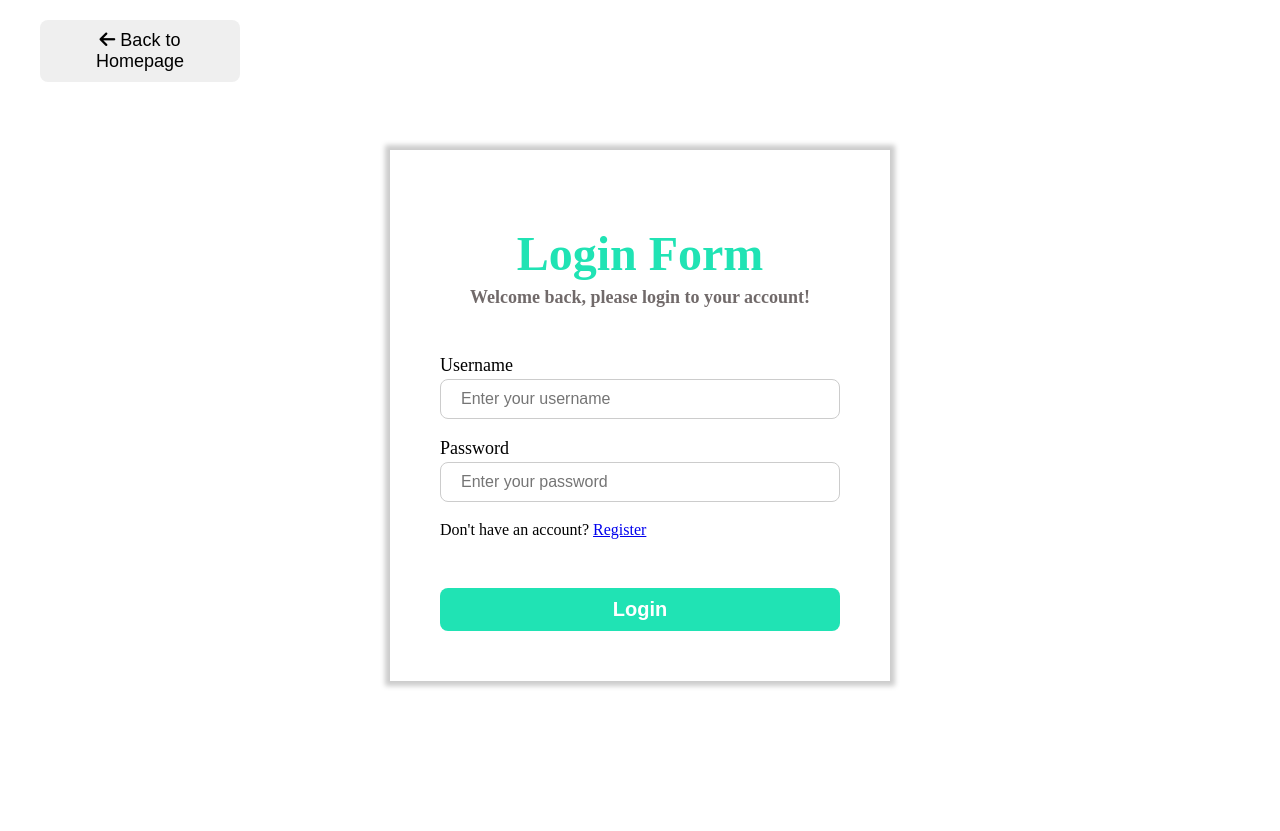
Repository: Trung0810/btl_cnpm_fe
Page: /
These files come from the project's save history. The page is drawn as it stood at one moment and after the next save; the edit follows.
The browser window is 1280 px wide. The pictures show the whole page.
The project was rebuilt for these pictures with package versions that can differ from the ones it lists, and the page was loaded fresh each time. Also part of the build but not shown: src/components/header/header.css, src/components/header/Header.js, src/components/footer/Footer.css, src/components/footer/Footer.js, src/components/shoes_list/ShoesCard.css, src/components/shoes_list/ShoesCard.js, src/components/shoes_list/ShoesList.css, src/components/shoes_list/ShoesList.js and 14 more.

Above is the page before, as saved 2026-03-31 10:16:15.

### public/index.html
<!doctype html>
<html lang="en">
  <head>
    <meta charset="utf-8" />
    <link rel="icon" href="%PUBLIC_URL%/favicon.ico" />
    <meta name="viewport" content="width=device-width, initial-scale=1" />
    <meta name="theme-color" content="#000000" />
    <meta
      name="description"
      content="Web site created using create-react-app"
    />
    <link rel="apple-touch-icon" href="%PUBLIC_URL%/logo192.png" />
    <!--
      manifest.json provides metadata used when your web app is installed on a
      user's mobile device or desktop. See https://developers.google.com/web/fundamentals/web-app-manifest/
    -->
    <link rel="manifest" href="%PUBLIC_URL%/manifest.json" />
    <!--
      Notice the use of %PUBLIC_URL% in the tags above.
      It will be replaced with the URL of the `public` folder during the build.
      Only files inside the `public` folder can be referenced from the HTML.

      Unlike "/favicon.ico" or "favicon.ico", "%PUBLIC_URL%/favicon.ico" will
      work correctly both with client-side routing and a non-root public URL.
      Learn how to configure a non-root public URL by running `npm run build`.
    -->
    <link rel="preconnect" href="https://fonts.googleapis.com" />
    <link rel="preconnect" href="https://fonts.gstatic.com" crossorigin />
    <link
      href="https://fonts.googleapis.com/css2?family=DM+Sans:ital,opsz,wght@0,9..40,100..1000;1,9..40,100..1000&family=Oswald:wght@200..700&display=swap"
      rel="stylesheet"
    />
    <title>React App</title>
  </head>
  <body>
    <noscript>You need to enable JavaScript to run this app.</noscript>
    <div id="root"></div>
    <!--
      This HTML file is a template.
      If you open it directly in the browser, you will see an empty page.

      You can add webfonts, meta tags, or analytics to this file.
      The build step will place the bundled scripts into the <body> tag.

      To begin the development, run `npm start` or `yarn start`.
      To create a production bundle, use `npm run build` or `yarn build`.
    -->
  </body>
</html>

### src/index.js
import React from "react";
import ReactDOM from "react-dom/client";
import App from "./App";
import reportWebVitals from "./reportWebVitals";
import "./index.css";
import "./reset.css";
import "@fortawesome/fontawesome-free/css/all.min.css";

const root = ReactDOM.createRoot(document.getElementById("root"));
root.render(
  <React.StrictMode>
    <App />
  </React.StrictMode>,
);

// If you want to start measuring performance in your app, pass a function
// to log results (for example: reportWebVitals(console.log))
// or send to an analytics endpoint. Learn more: https://bit.ly/CRA-vitals
reportWebVitals();

### src/App.js
import { Fragment } from "react";
import Header from "./components/header/Header";
import Footer from "./components/footer/Footer";
import HomePage from "./components/home_page/HomePage";
import ShoesPage from "./components/shoes_page/ShoesPage";
import LoginForm from "./components/login_form/LoginForm";
import "./App.css";
import LoginPage from "./components/login_page/LoginPage";

function App() {
  return (
    <Fragment>
      {/* <Header></Header>
      <HomePage></HomePage>
      <ShoesPage></ShoesPage>
      <Footer></Footer> */}
      <LoginPage></LoginPage>
    </Fragment>
  );
}

export default App;

### src/index.css
body {
  margin: 0;
  font-family:
    -apple-system, BlinkMacSystemFont, "Segoe UI", "Roboto", "Oxygen", "Ubuntu",
    "Cantarell", "Fira Sans", "Droid Sans", "Helvetica Neue", sans-serif;
  -webkit-font-smoothing: antialiased;
  -moz-osx-font-smoothing: grayscale;
  font-family: "DM Sans", sans-serif;
}
body::-webkit-scrollbar {
  display: none;
}
code {
  font-family:
    source-code-pro, Menlo, Monaco, Consolas, "Courier New", monospace;
}
* {
  box-sizing: border-box;
}

### src/components/login_form/LoginForm.js
import React from "react";
import { useForm } from "react-hook-form";
import { yupResolver } from "@hookform/resolvers/yup";
import * as yup from "yup";
import "./LoginForm.css";

const LoginForm = () => {
  const schema = yup.object({
    username: yup
      .string()
      .required("Please enter your username!")
      .min(8, "Must be at least 8 characters!")
      .max(16, "Must be at most 16 characters!"),
    password: yup.string().required("Please enter your password!"),
  });

  const {
    register,
    handleSubmit,
    formState: { errors, isValid },
  } = useForm({
    mode: "onChange",
    resolver: yupResolver(schema),
  });

  const submit = (values) => {
    console.log(values);
  };

  return (
    <form className="login-form" onSubmit={handleSubmit(submit)}>
      <h2 className="login-form-title">Login Form</h2>
      <h3 className="login-form-desc">
        Welcome back, please login to your account!
      </h3>
      <div className="login-form-wrapper">
        <label htmlFor="username">Username</label>
        <input
          type="text"
          id="username"
          className="login-form-input"
          placeholder="Enter your username"
          {...register("username")}
        />
        {errors.username && (
          <div className="login-form-error">{errors.username.message}</div>
        )}
      </div>
      <div className="login-form-wrapper">
        <label htmlFor="password">Password</label>
        <input
          type="text"
          id="password"
          className="login-form-input"
          placeholder="Enter your password"
          {...register("password")}
        />
        {errors.password && (
          <div className="login-form-error">{errors.password.message}</div>
        )}
      </div>
      <div className="login-form-option">
        <p>
          Don't have an account? <a href="#">Register</a>
        </p>
      </div>
      <button
        type="submit"
        className="login-form-button"
        style={{ pointerEvents: isValid ? "" : "none" }}
      >
        Login
      </button>
    </form>
  );
};

export default LoginForm;

### src/App.css
input {
  display: block;
  font-size: 16px;
  font-weight: 500;
  padding: 10px 20px;
  border: 1px solid #ccc;
  border-radius: 8px;
  outline: none;
}
button {
  display: block;
  width: 200px;
  padding: 10px 30px;
  font-size: 18px;
  font-weight: 500;
  border-radius: 8px;
  border: none;
  outline: none;
  cursor: pointer;
}

### src/components/login_page/LoginPage.js
import React, { Fragment } from "react";
import LoginForm from "../login_form/LoginForm";

const LoginPage = () => {
  return (
    <Fragment>
      <button
        style={{
          position: "absolute",
          top: "20px",
          left: "40px",
        }}
      >
        <i className="fa fa-arrow-left"></i> Back to Homepage
      </button>
      <LoginForm></LoginForm>
    </Fragment>
  );
};

export default LoginPage;

### src/components/login_form/LoginForm.css
.login-form {
  width: 500px;
  padding: 80px 50px 50px;
  margin: 150px auto;
  box-shadow: 0 0 5px 5px #ccc;
}
.login-form-title {
  font-size: 48px;
  font-weight: bold;
  color: #20e3b4;
  text-align: center;
  margin-bottom: 10px;
}
.login-form-desc {
  font-size: 18px;
  font-weight: bold;
  color: #716a6a;
  text-align: center;
  margin-bottom: 50px;
}
.login-form-wrapper {
  display: flex;
  flex-direction: column;
  row-gap: 5px;
  margin-bottom: 20px;
}
.login-form-wrapper label {
  font-size: 18px;
  font-weight: 500;
}
.login-form-input {
  width: 100%;
}
.login-form-error {
  font-weight: 500;
  color: #de4242;
}
.login-form-option {
  font-size: 16px;
}
.login-form-button {
  width: 100%;
  background-color: #20e3b4;
  font-size: 20px;
  font-weight: bold;
  color: #fff;
  margin-top: 50px;
}

Loaded but not shown: src/reportWebVitals.js (common file); src/reset.css (common file)

After the next save:
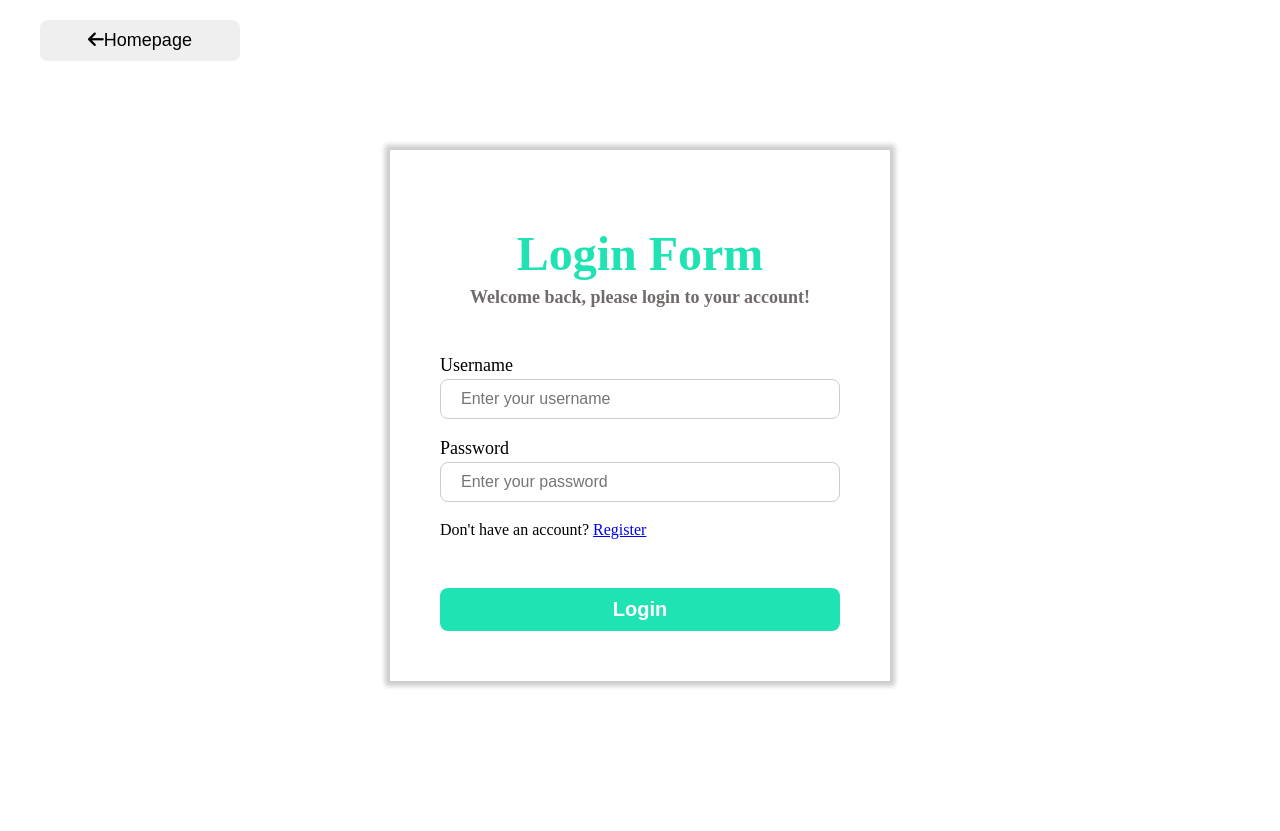
Saved 15 s later.
--- a/src/components/login_page/LoginPage.js
+++ b/src/components/login_page/LoginPage.js
@@ -11,7 +11,7 @@ const LoginPage = () => {
           left: "40px",
         }}
       >
-        <i className="fa fa-arrow-left"></i> Back to Homepage
+        <i className="fa fa-arrow-left"></i>Homepage
       </button>
       <LoginForm></LoginForm>
     </Fragment>
